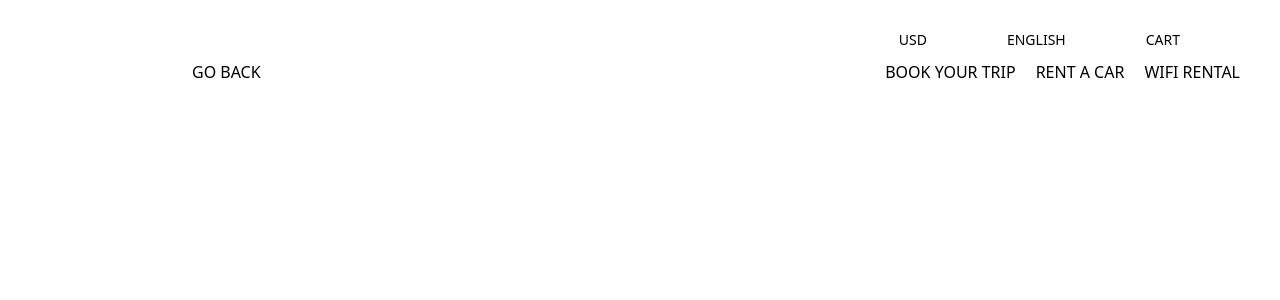
Repository: uh-sman/Iceland
Page: /
The author's editor kept a copy of each file at every save. The page is drawn from the files as they stood at one save, then again after the next save.
The browser window is 1280 px wide. The pictures show the whole page.
The project was rebuilt for these pictures with package versions that can differ from the ones it lists, and the page was loaded fresh each time.

Above is the page before, as saved 2022-09-08 20:52:22.

### src/App.js
import logo from "./logo.svg";
import "./App.css";
import { Topnav } from "./components/Topnav";
import { FullNav } from "./components/FullNav";

function App() {
  return (
    <div className="App">
      <FullNav />
    </div>
  );
}

export default App;

### src/components/Topnav.js
import React from "react";

export const Topnav = () => {
  return (
    <div className="container w-full py-[30px]">
      <nav className="absolute right-[100px]">
        <ul className="space-x-20 text-sm">
          <a href="">USD</a>
          <a href="">ENGLISH</a>
          <a href="">CART</a>
        </ul>
      </nav>
    </div>
  );
};

### src/components/FullNav.jsx
import React from "react";
import { Bottomnav } from "./Bottomnav";
import { Topnav } from "./Topnav";

export const FullNav = () => {
  return (
    <div>
      <Topnav />
      <Bottomnav />
    </div>
  );
};

### src/components/Bottomnav.js
import React from "react";

export const Bottomnav = () => {
  return (
    <nav className="container w-full">
      <div>
        <div className="container">
          <h1>
            <a className="absolute left-[192px] cursor-pointer">GO BACK</a>
          </h1>
        </div>
        <div className="container">
          <div className="absolute right-[40px]">
            <ul className="space-x-[20px]">
              <a>BOOK YOUR TRIP</a>
              <a>RENT A CAR</a>
              <a>WIFI RENTAL</a>
            </ul>
          </div>
        </div>
      </div>
    </nav>
  );
};

### tailwind.config.js
/** @type {import('tailwindcss').Config} */
module.exports = {
  content: ["./src/**/*.{html,js,jsx}"],
  theme: {
    screens: {
      sm: "480px",
      md: "768px",
      lg: "976px",
      xl: "1440px",
    },
    extend: {},
  },
  plugins: [],
};

Loaded but not shown: public/index.html (common file); src/index.js (common file); src/index.css (common file); src/App.css (common file)

After the next save:
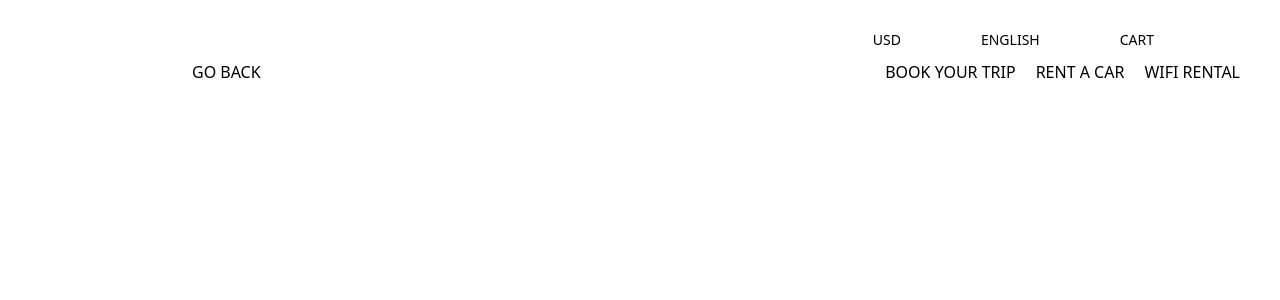
Saved 17 s later.
--- a/src/components/Topnav.js
+++ b/src/components/Topnav.js
@@ -3,7 +3,7 @@ import React from "react";
 export const Topnav = () => {
   return (
     <div className="container w-full py-[30px]">
-      <nav className="absolute right-[100px]">
+      <nav className="absolute right-[126px]">
         <ul className="space-x-20 text-sm">
           <a href="">USD</a>
           <a href="">ENGLISH</a>
